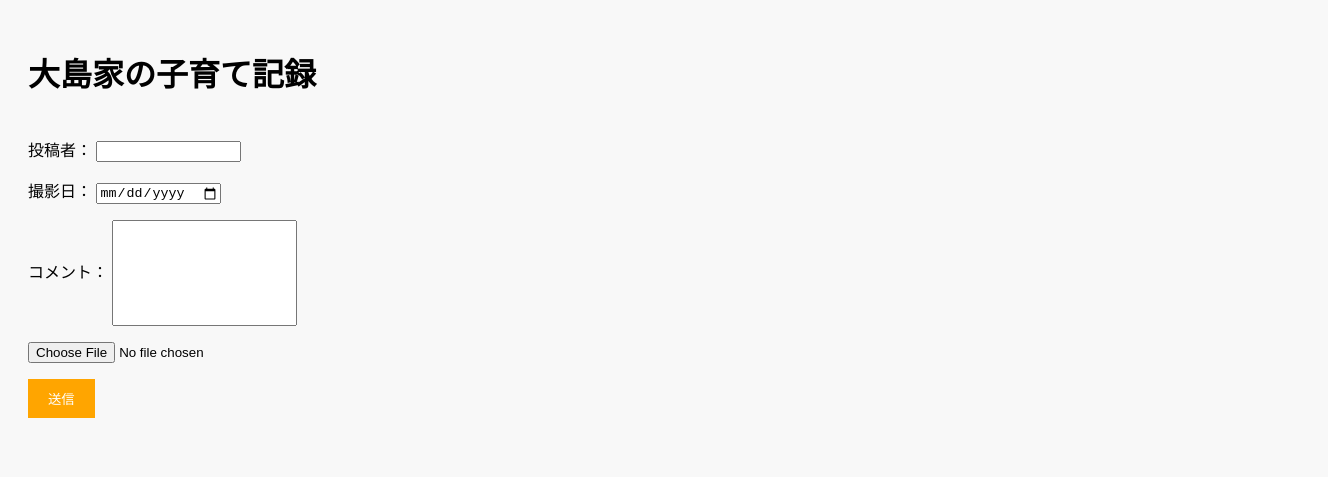
Repository: daidai0602/gs_kadai_questionnaire
Page: http://localhost/post.php
An editor plug-in stored every save of this project. The page is shown before and after the next save, followed by the edit.
The browser window is 1280 px wide. The page is 1328 px wide, so the pictures cover 1328 px, including what lies to the right of the window. The pictures show the whole page.
The page is run by PHP 8.4 with error messages shown; the project is at /var/www/html/.

Above is the page before, as saved 2023-11-15 23:10:10.

### post.php
<!DOCTYPE html>
<html lang="ja">
<head>
  <meta charset="UTF-8">
  <title>Document</title>
  <style>
    body {
      font-family: Arial, Helvetica, sans-serif;
      background-color: #f8f8f8;;
      padding: 20px;
      width: 100%;
      /* text-align: center; */
    }
    h1 {
      padding-bottom: 20px;
    }
    input[type=textarea]{
      height: 100px;
    }
    input[type=submit]{
      background-color: orange;
      color: white;
      padding: 10px 20px;
      border: none;
      cursor: pointer;
    }

  </style>
</head>
<body>
  <h1>大島家の子育て記録</h1>
  <form action="write.php" method="post" enctype="multipart/form-data">
    <p>投稿者：
       <input type="text" name="name" size="15" required></p>
    <p>撮影日： <input type="date" name="date" required></p>
    <p>コメント： <input type="textarea" name="comment" size="20" required></p>
    <p><input type="file" name="upload_image"accept=".jpg,.jpeg,.png"></p>
    <p><input type="submit" class="btn_submit" value="送信"></p>
  </form>
</body>
</html>

After the next save:
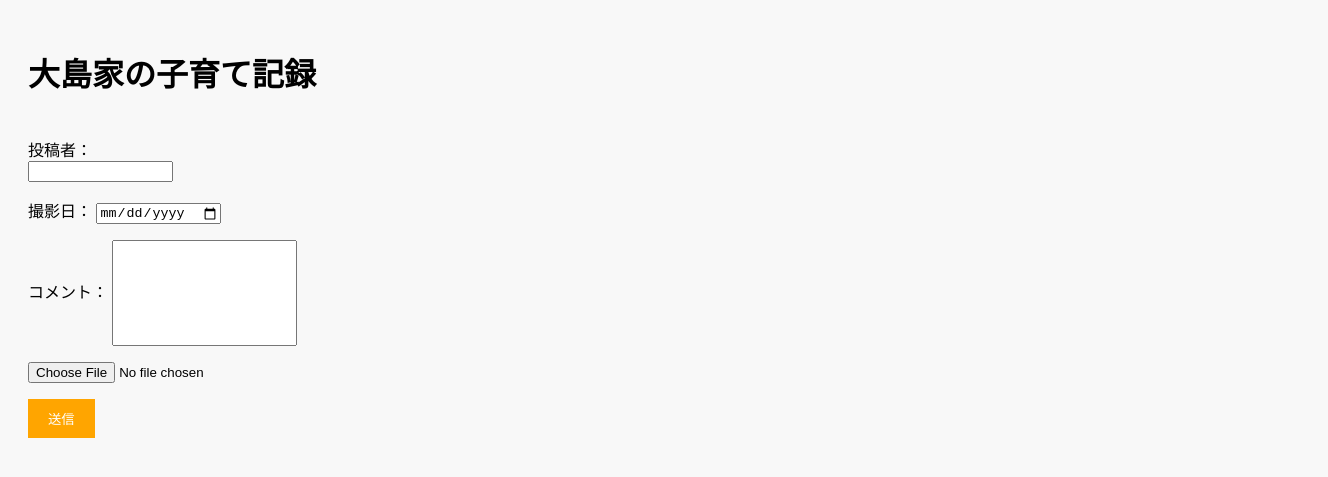
Saved 6 s later.
--- a/post.php
+++ b/post.php
@@ -30,7 +30,7 @@
 <body>
   <h1>大島家の子育て記録</h1>
   <form action="write.php" method="post" enctype="multipart/form-data">
-    <p>投稿者：
+    <p>投稿者：<br>
        <input type="text" name="name" size="15" required></p>
     <p>撮影日： <input type="date" name="date" required></p>
     <p>コメント： <input type="textarea" name="comment" size="20" required></p>
